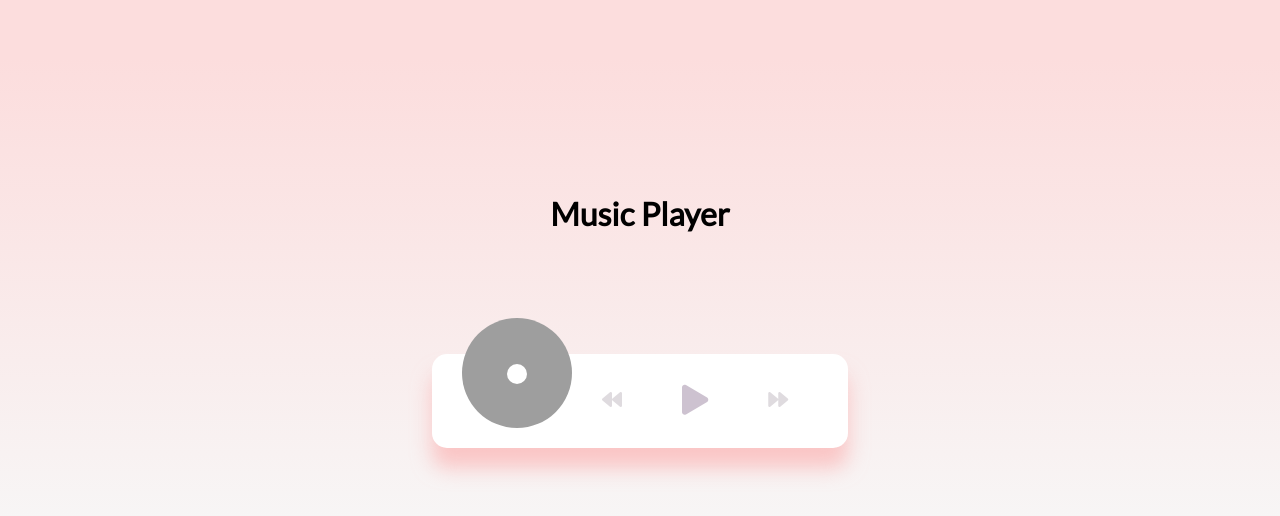
Repository: Youvelop/musicPlayer
Page: index.html
These files come from the project's save history. The page is drawn as it stood at one moment and after the next save; the edit follows.
The browser window is 1280 px wide. The pictures show the whole page.
Pictures or frames that could not be fetched are drawn as grey boxes. Some web libraries are served in a nearby version.

Above is the page before, as saved 2020-07-08 09:17:11.

After the next save:
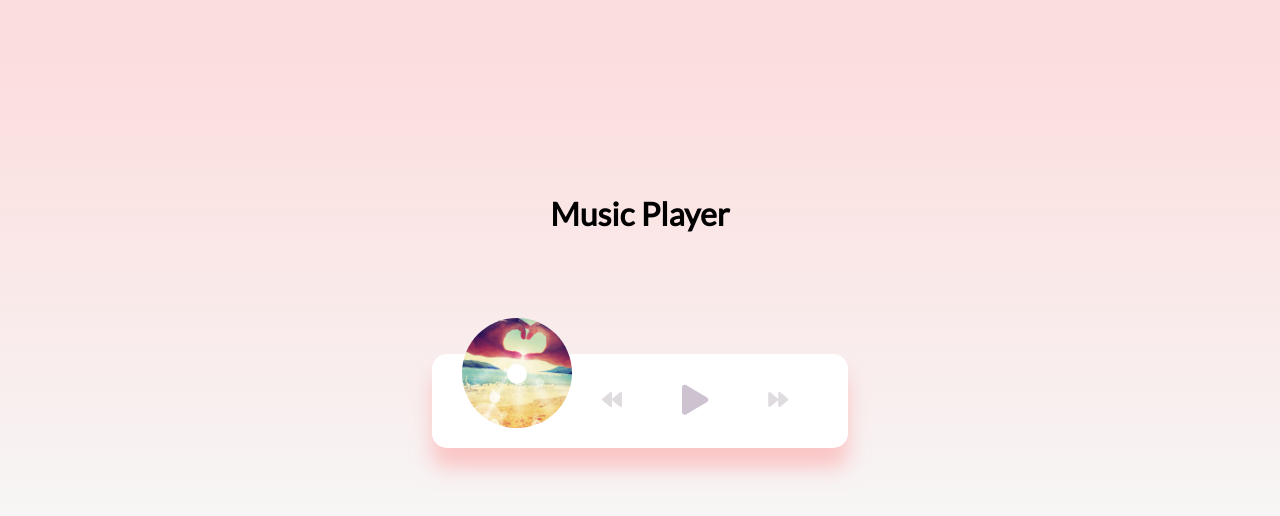
Saved 31 min 19 s later.
--- a/script.js
+++ b/script.js
@@ -13,7 +13,7 @@ const cover = document.getElementById('cover');
 const songs = ['hey', 'summer', 'ukelele'];
 
 // keep track of song
-let songIndex = 2;
+let songIndex = 1;
 
 // Initially load song details into DOM
 loadSong(songs[songIndex]);
